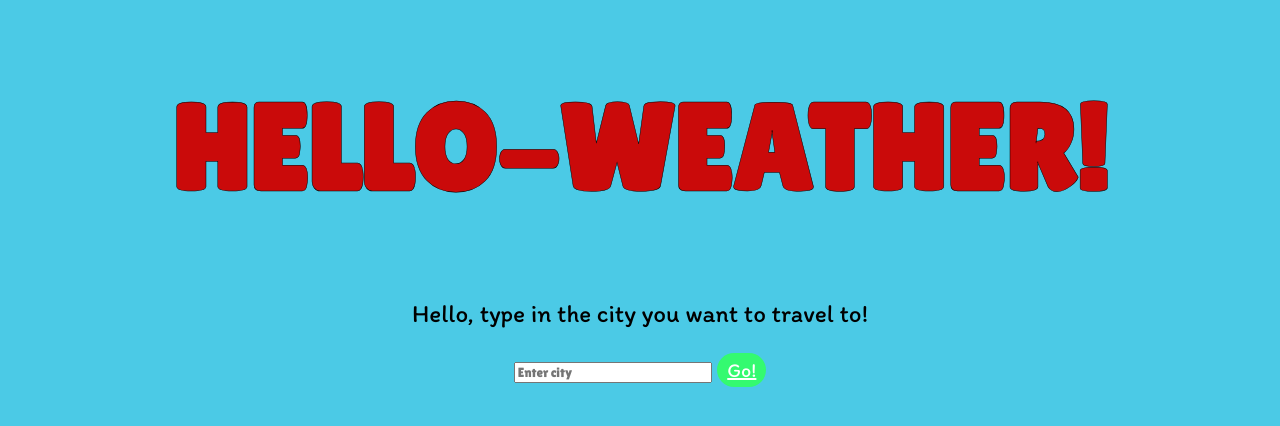
Repository: Jazinha/Hello-kitty-weather
Page: index.html
These files come from the project's save history. The page is drawn as it stood at one moment and after the next save; the edit follows.
The browser window is 1280 px wide. The pictures show the whole page.
The pointer rests on the first visible `.btn`.

Above is the page before, as saved 2023-02-04 16:26:20.

### index.html
<!DOCTYPE html>
<html>
    <head>
        <title>Hello-Weather!</title>
        <meta charset="utf-8">
        <link rel="stylesheet" href="style.css">
        <link rel="preconnect" href="https://fonts.googleapis.com">
<link rel="preconnect" href="https://fonts.gstatic.com" crossorigin>
<link href="https://fonts.googleapis.com/css2?family=Itim&family=Lilita+One&display=swap" rel="stylesheet">
    </head>
    <body>
        <div class="container">
            <div id="home" class="flex-column flex-center"></div>
            <h1>HELLO-WEATHER!</h1>
            <p>Hello, type in the city you want to travel to!</p>
            <input id="initial" type="text" placeholder="Enter city">
            <a href="forecast.html" class="btn">Go! </a></div>
        </div>
        <i class="fa-regular fa-cloud"></i>
    </body>
</html>

### style.css
body {
    background-color: rgb(75, 202, 230);
    font-size: 25px;
    font-family: 'Itim', cursive;;
}

.container {
    text-align: center;
    justify-content: center;
}

h1 {
    font-size: 120px;
    font-family: 'Lilita One', cursive;
    color: rgb(202, 10, 10);
    -webkit-text-stroke: .5px black;
}

#initial {
    font-family: 'Lilita One', cursive;
    width: 190px;

}

.btn {
    border: 0;
    padding: 5px 10px;
    font-size: 20px;
    background-color:rgb(202, 10, 10);
    width: 80px;
    border-radius: 20px;
    color: #ffffff;
    text-align: center;
}


.btn:hover {
    background-color: #31ff64e5;
  }

  .btn:active {
    box-shadow: inset -2px -2px 3px rgba(255, 255, 255, 0.6);

After the next save:
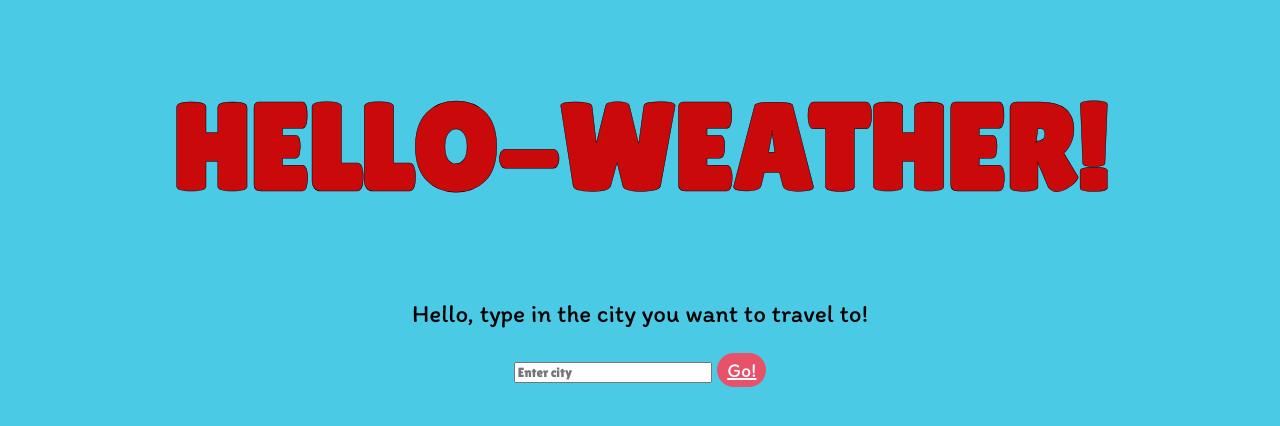
Saved 34 s later.
--- a/style.css
+++ b/style.css
@@ -35,7 +35,7 @@ h1 {
 
 
 .btn:hover {
-    background-color: #31ff64e5;
+    background-color: rgb(231, 81, 106);
   }
 
   .btn:active {
